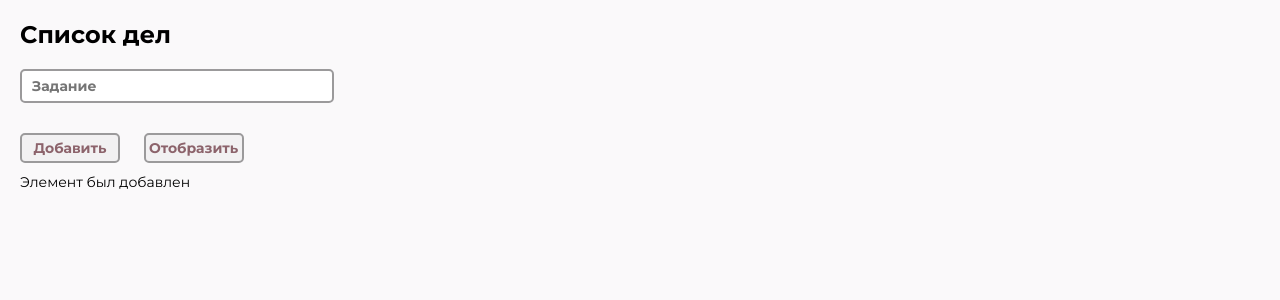
Repository: andbaik/it_unit9
Page: index.html
The author's editor kept a copy of each file at every save. The page is drawn from the files as they stood at one save, then again after a run of saves.
The browser window is 1280 px wide. The pictures show the whole page.

Above is the page before, as saved 2021-04-06 22:12:10.

### index.html
<!DOCTYPE html>
<html lang="ru">
<head>
    <meta charset="UTF-8">
    <meta http-equiv="X-UA-Compatible" content="IE=edge">
    <meta name="viewport" content="width=device-width, initial-scale=1.0">
    <title>Список дел</title>
    <link rel="stylesheet" href="/css/style.css">
</head>
<body>

    <head>
        <h1>Список дел</h1>
    </head>
    <section>
        <input type="text" name="task" id="task" placeholder="Задание">
        <div class="btn-block">
        <button class="add-task btn">Добавить</button>
        <button class="show-task btn">Отобразить</button>
        </div>
        <div class="result">Элемент был добавлен</div>
    </section>
</body>
</html>

### css/style.css
@import url('https://fonts.googleapis.com/css2?family=Montserrat:wght@400;700&display=swap');

* {
    margin: 0;
    padding: 0;
    font-family: 'Montserrat', sans-serif;
    font-size: 14px;
}

body {
    margin: 20px;
    background-color: #FAF9FA;

}

h1 {
    font-size: 24px;
}

input {
    width: 300px;
    height: 30px;
    border: 2px solid #9B9A9B;
    border-radius: 5px;
    color: #6B6A6B;
    outline: none;
    padding-left: 10px;
    font-weight: 700;
    margin: 20px 0;
}

section .btn-block{
    margin: 10px 0;
}

.btn {
    width: 100px;
    height: 30px;
    background-color: #F2F1F2;
    color: #8C636B;
    border: 2px solid #9B9A9B;
    border-radius: 5px;
    font-weight: 700;

}

.show-task{
    margin-left: 20px;
}

/*
9B999B - border
F2F1F2 - btn bacground
6B696B - plasholder color text
C2C1C2 - btn text color

848384 - div color text
C2C1C2 border color div
*/

After the next 2 saves:
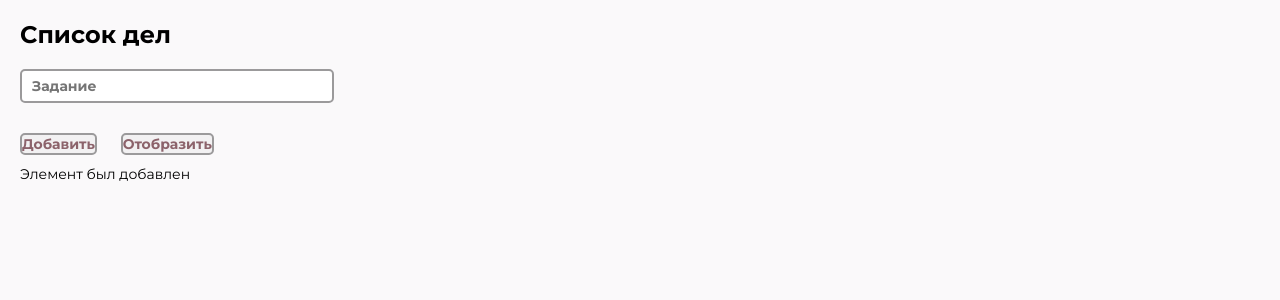
The 2 saves are shown as one change because they came seconds apart.
The last was saved 20 s later.
--- a/css/style.css
+++ b/css/style.css
@@ -34,8 +34,8 @@
 }
 
 .btn {
-    width: 100px;
-    height: 30px;
+    /*width: 100px;
+    height: 30px;*/
     background-color: #F2F1F2;
     color: #8C636B;
     border: 2px solid #9B9A9B;

After the 3 saves that followed:
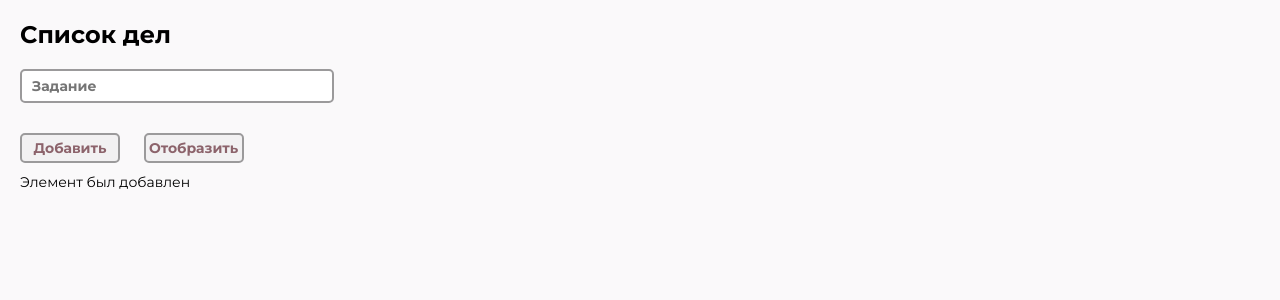
The 3 saves are shown as one change because they came seconds apart.
The last was saved 16 s later.
--- a/css/style.css
+++ b/css/style.css
@@ -34,8 +34,8 @@
 }
 
 .btn {
-    /*width: 100px;
-    height: 30px;*/
+    width: 100px;
+    height: 30px;
     background-color: #F2F1F2;
     color: #8C636B;
     border: 2px solid #9B9A9B;
@@ -48,6 +48,8 @@
     margin-left: 20px;
 }
 
+
+
 /*
 9B999B - border
 F2F1F2 - btn bacground
